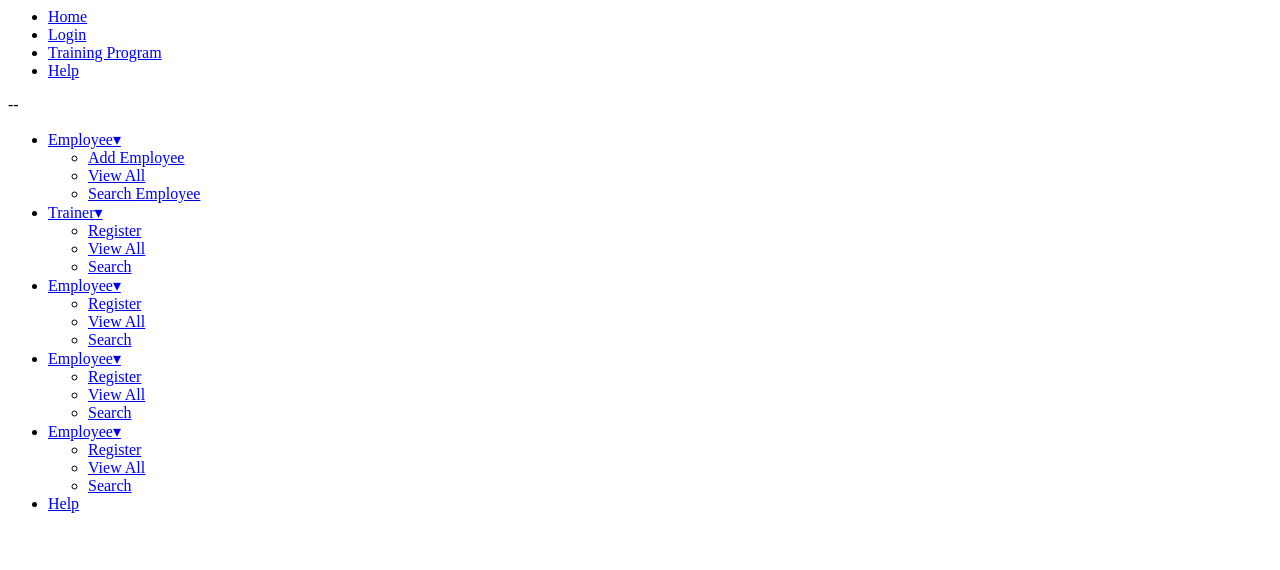
Repository: Dipak27/Dipak-s-front-end
Page: http://localhost/Traning_Management/adminmenustrip.jsp
An editor plug-in stored every save of this project. The page is shown before and after the next save, followed by the edit.
The browser window is 1280 px wide. The pictures show the whole page.
The page is served by Tomcat 9.

Above is the page before, as saved 2016-11-09 13:39:36.

After the next save:
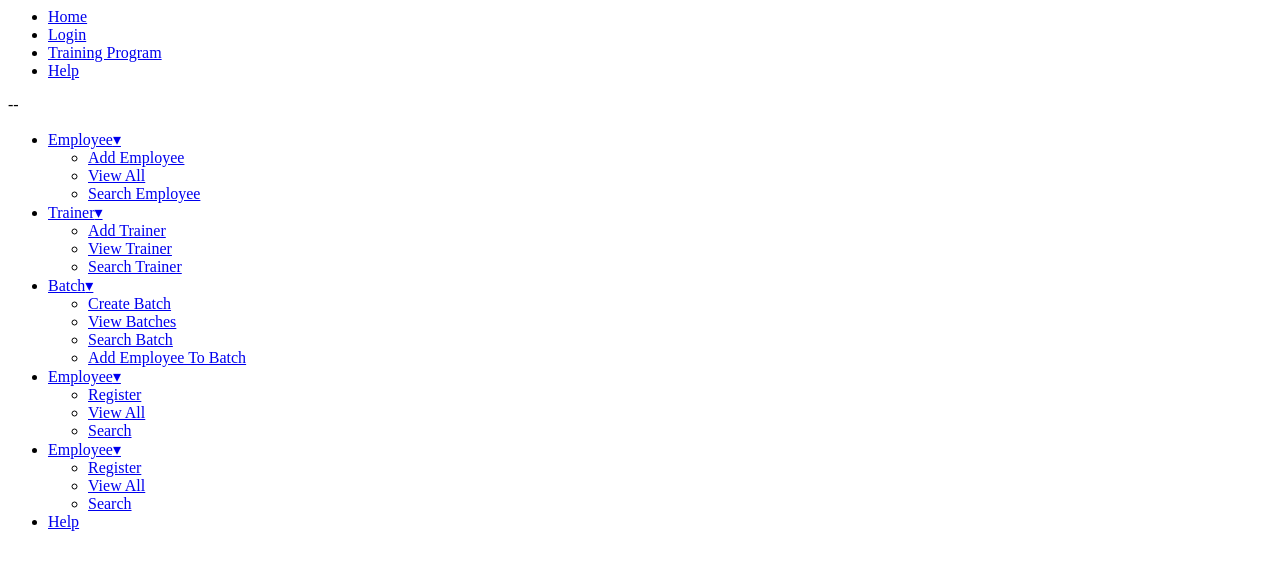
Saved 82 s later.
--- a/Training Management Project/Traning_Management/src/main/webapp/adminmenustrip.jsp
+++ b/Training Management Project/Traning_Management/src/main/webapp/adminmenustrip.jsp
@@ -35,19 +35,20 @@
 
 							class="icon">&#9662;</span></a>
 							<ul>
-								<li><a href="#">Register</a></li>
-								<li><a href="#">View All</a></li>
-								<li><a href="#">Search</a></li>
+								<li><a href="#">Add Trainer</a></li>
+								<li><a href="#">View Trainer</a></li>
+								<li><a href="#">Search Trainer</a></li>
 
 							</ul>
 						</li>
-						<li><a rel="employee" href="#">Employee<span
+						<li><a rel="employee" href="#">Batch<span
 
 							class="icon">&#9662;</span></a>
 							<ul>
-								<li><a href="#">Register</a></li>
-								<li><a href="#">View All</a></li>
-								<li><a href="#">Search</a></li>
+								<li><a href="#">Create Batch</a></li>
+								<li><a href="#">View Batches</a></li>
+								<li><a href="#">Search Batch</a></li>
+								<li><a href="#">Add Employee To Batch</a></li>
 
 							</ul>
 						</li>
